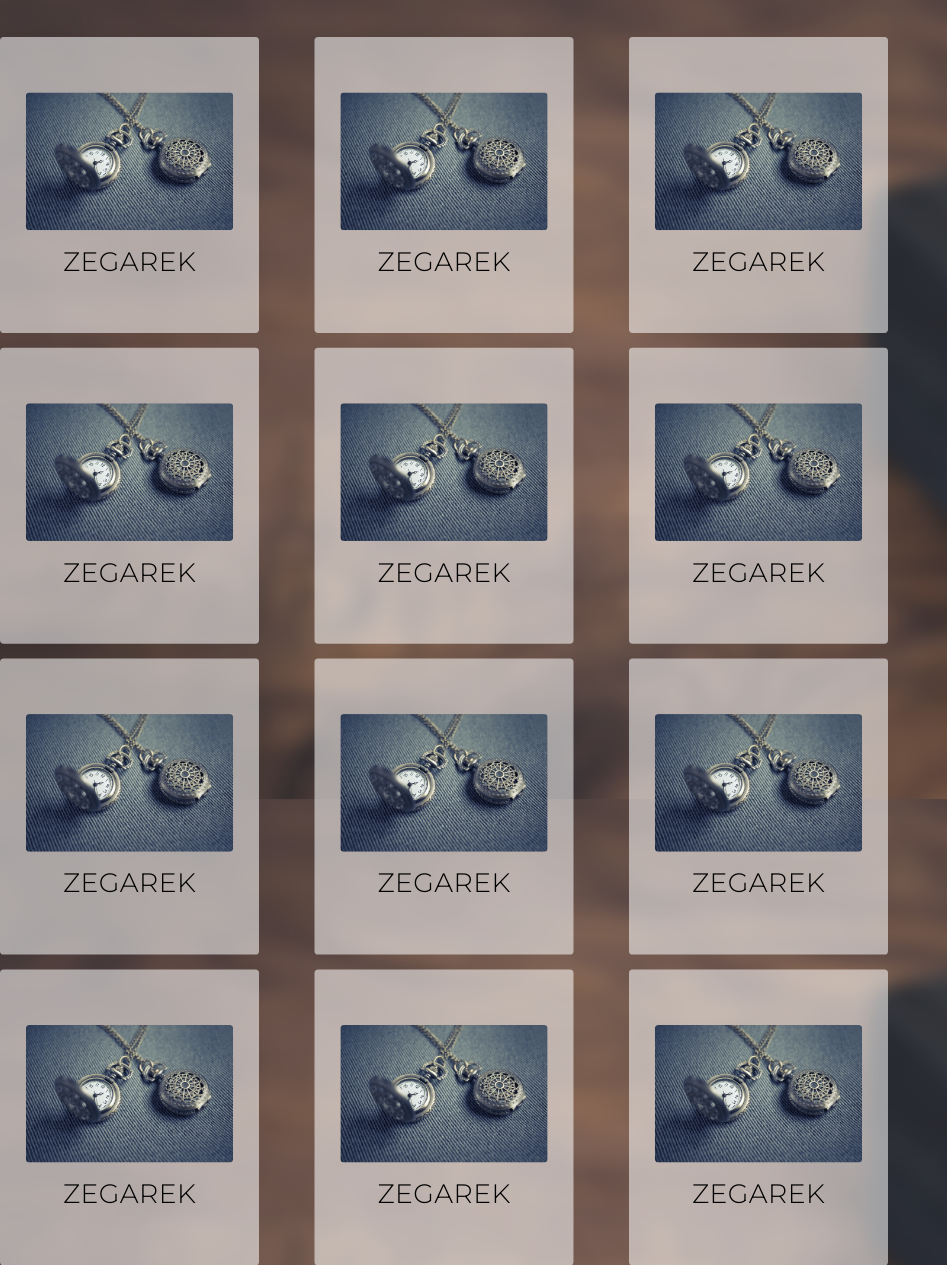
Repository: Rickardo198/prezent
Page: index.html
These files come from the project's save history. The page is drawn as it stood at one moment and after the next save; the edit follows.
The browser window is 1280 px wide. The pictures show the whole page, at 74% of full size.

Above is the page before, as saved 2020-10-25 21:29:04.

### index.html
<!DOCTYPE HTML>
<html>
<head>
    <title>Wszystkiego najlepszego!</title>
    <meta charset="utf-8">
    <style>
        @import url('https://fonts.googleapis.com/css2?family=Montserrat:wght@300&display=swap');
        *{
            margin: 0;
            padding: 0;
        }
        body{
            width: calc(100vw - 20px);
            height: 100vh;
            background: url("bg.png");
            box-sizing: border-box;
            font-family: 'Montserrat', sans-serif;
            display: flex;
            align-items: center;
            justify-content: center;
        }
        .wrapper{
            max-width: 1200px;
            margin-top: 30px;
            display: flex;
            flex-flow: row wrap;
            align-items: flex-start;
            justify-content: space-between;
            position: absolute;
            top: 0;
            left: 0;
        }
        .cardWrapper{
            width: 350px;
            height: 400px;
            position: relative;
            display: flex;
            flex-direction: column;
            align-items: center;
            justify-content: center;
            margin-top: 20px;
        }
        .bgWrapper{
            width: 100%;
            height: 100%;
            position: absolute;
            top:0;
            left: 0;
            background: rgba(255, 255, 255, .55);
            filter: blur(30);
            z-index: -1;
            border-radius: 5px;
        }
        .wrapperImg{
            width: 80%;
            border-radius: 5px;
        }
        .wrapperTitle{
            margin-top: 20px;
            font-size: 36px;
            letter-spacing: .6px;
        }
    </style>
</head>
<body>
    <div class="wrapper">
        <div class="cardWrapper">
            <div class="bgWrapper"></div>
            <img src="img.png" alt="obrazki" class="wrapperImg">
            <p class="wrapperTitle">ZEGAREK</p>
        </div>
        <div class="cardWrapper">
            <div class="bgWrapper"></div>
            <img src="img.png" alt="obrazki" class="wrapperImg">
            <p class="wrapperTitle">ZEGAREK</p>
        </div>
        <div class="cardWrapper">
            <div class="bgWrapper"></div>
            <img src="img.png" alt="obrazki" class="wrapperImg">
            <p class="wrapperTitle">ZEGAREK</p>
        </div>
        <div class="cardWrapper">
            <div class="bgWrapper"></div>
            <img src="img.png" alt="obrazki" class="wrapperImg">
            <p class="wrapperTitle">ZEGAREK</p>
        </div>
        <div class="cardWrapper">
            <div class="bgWrapper"></div>
            <img src="img.png" alt="obrazki" class="wrapperImg">
            <p class="wrapperTitle">ZEGAREK</p>
        </div>
        <div class="cardWrapper">
            <div class="bgWrapper"></div>
            <img src="img.png" alt="obrazki" class="wrapperImg">
            <p class="wrapperTitle">ZEGAREK</p>
        </div>
        <div class="cardWrapper">
            <div class="bgWrapper"></div>
            <img src="img.png" alt="obrazki" class="wrapperImg">
            <p class="wrapperTitle">ZEGAREK</p>
        </div>
        <div class="cardWrapper">
            <div class="bgWrapper"></div>
            <img src="img.png" alt="obrazki" class="wrapperImg">
            <p class="wrapperTitle">ZEGAREK</p>
        </div>
        <div class="cardWrapper">
            <div class="bgWrapper"></div>
            <img src="img.png" alt="obrazki" class="wrapperImg">
            <p class="wrapperTitle">ZEGAREK</p>
        </div>        <div class="cardWrapper">
            <div class="bgWrapper"></div>
            <img src="img.png" alt="obrazki" class="wrapperImg">
            <p class="wrapperTitle">ZEGAREK</p>
        </div>        <div class="cardWrapper">
            <div class="bgWrapper"></div>
            <img src="img.png" alt="obrazki" class="wrapperImg">
            <p class="wrapperTitle">ZEGAREK</p>
        </div>        <div class="cardWrapper">
            <div class="bgWrapper"></div>
            <img src="img.png" alt="obrazki" class="wrapperImg">
            <p class="wrapperTitle">ZEGAREK</p>
        </div>
    </div>
</body>
</html>

After the next save:
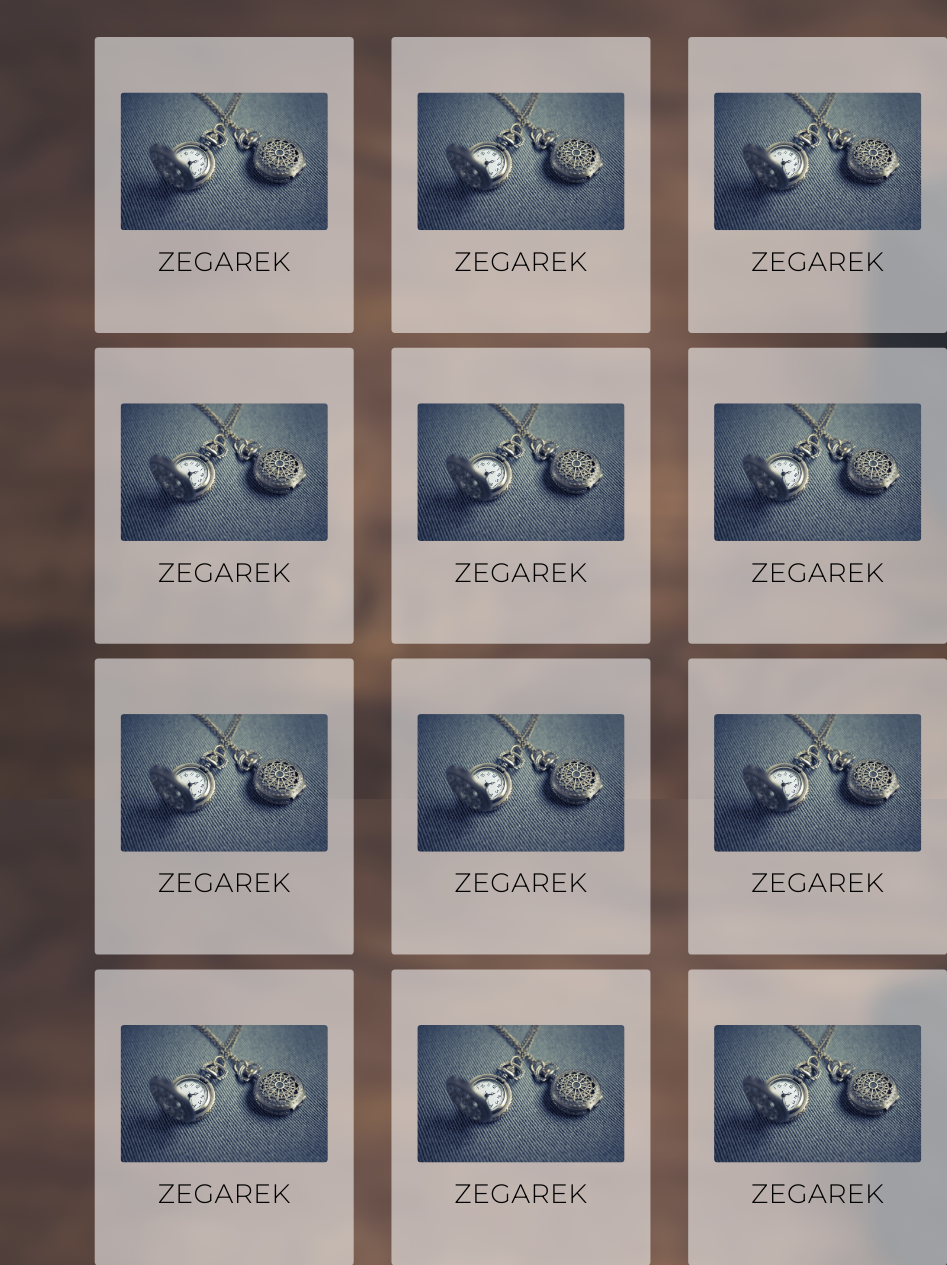
Saved 44 s later.
--- a/index.html
+++ b/index.html
@@ -28,7 +28,7 @@
             justify-content: space-between;
             position: absolute;
             top: 0;
-            left: 0;
+            left: 10%;
         }
         .cardWrapper{
             width: 350px;
